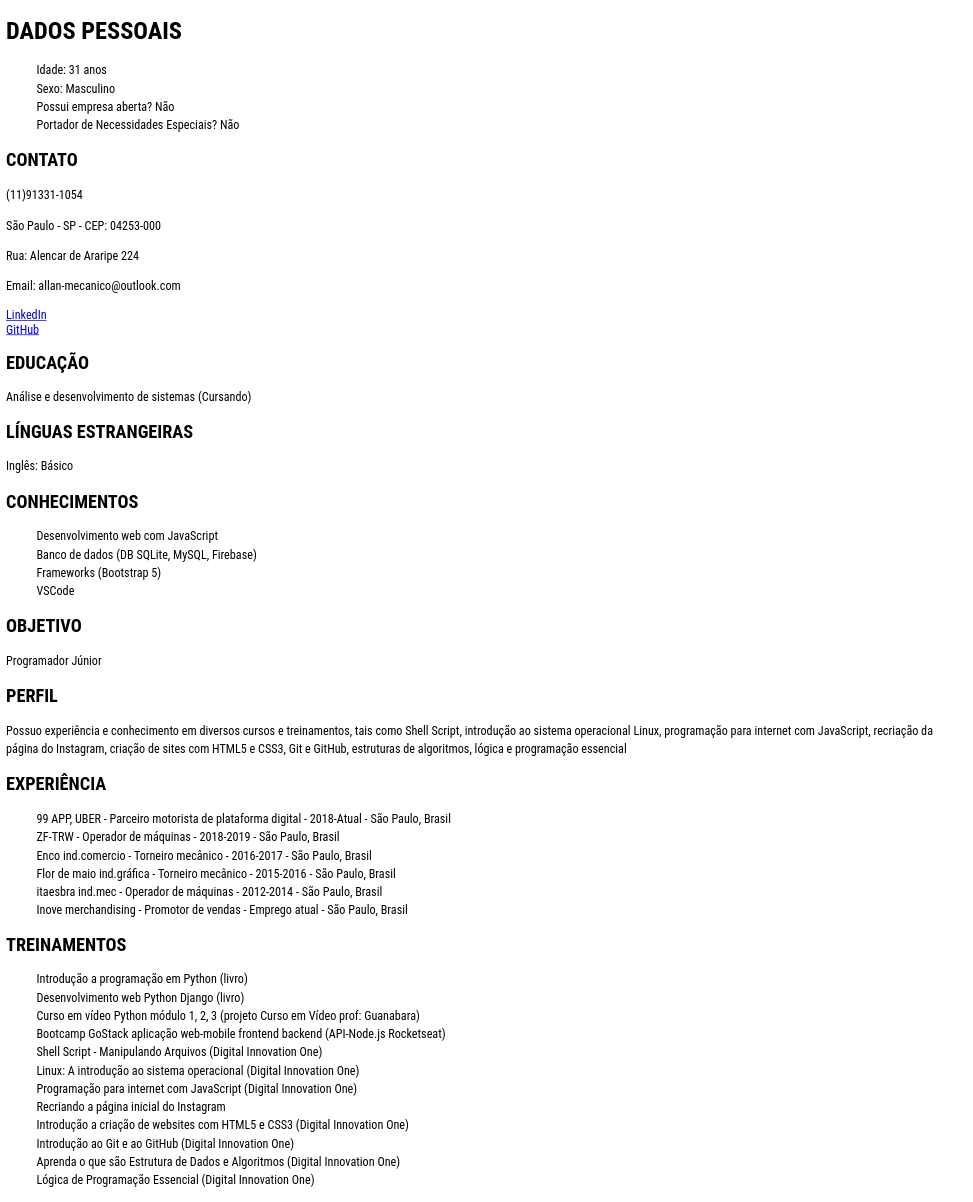
Repository: alfredo-allan/Portfolio
Page: curriculo.html
An editor plug-in stored every save of this project. The page is shown before and after a run of saves, followed by the edit.
The browser window is 1280 px wide. The pictures show the whole page, at 76% of full size.

Above is the page before, as saved 2024-03-20 15:04:56.

### curriculo.html
<!DOCTYPE html>
<html lang="pt-BR">

<head>
	<meta charset="UTF-8">
	<meta name="viewport" content="width=device-width, initial-scale=1.0">
	<link rel="stylesheet" href="./src/assets/styles/curriculo.css" />

	<title>Alfredo Allan Teixeira Sousa</title>
</head>

<body>

	<h1>DADOS PESSOAIS</h1>
	<ul>
		<li>Idade: 31 anos</li>
		<li>Sexo: Masculino</li>
		<li>Possui empresa aberta? Não</li>
		<li>Portador de Necessidades Especiais? Não</li>
	</ul>

	<h2>CONTATO</h2>
	<p>(11)91331-1054</p>
	<p>São Paulo - SP - CEP: 04253-000</p>
	<p>Rua: Alencar de Araripe 224</p>
	<p>Email: allan-mecanico@outlook.com</p>

	<a href="www.linkedin.com/in/alfredo-allan-teixeira-ba2701149/">LinkedIn</a>
	<br>
	<a href="https://github.com/allan-mecanico/">GitHub</a>

	<h2>EDUCAÇÃO</h2>
	<p>Análise e desenvolvimento de sistemas (Cursando)</p>

	<h2>LÍNGUAS ESTRANGEIRAS</h2>
	<p>Inglês: Básico</p>

	<h2>CONHECIMENTOS</h2>
	<ul>
		<li>Desenvolvimento web com JavaScript</li>
		<li>Banco de dados (DB SQLite, MySQL, Firebase)</li>
		<li>Frameworks (Bootstrap 5)</li>
		<li>VSCode</li>
	</ul>

	<h2>OBJETIVO</h2>
	<p>Programador Júnior</p>

	<h2>PERFIL</h2>
	<p>Possuo experiência e conhecimento em diversos cursos e treinamentos, tais como Shell Script, introdução ao sistema
		operacional Linux, programação para internet com JavaScript, recriação da página do Instagram, criação de sites com
		HTML5 e CSS3, Git e GitHub, estruturas de algoritmos, lógica e programação essencial</p>

	<h2>EXPERIÊNCIA</h2>
	<ul>
		<li>99 APP, UBER - Parceiro motorista de plataforma digital - 2018-Atual - São Paulo, Brasil</li>
		<li>ZF-TRW - Operador de máquinas - 2018-2019 - São Paulo, Brasil</li>
		<li>Enco ind.comercio - Torneiro mecânico - 2016-2017 - São Paulo, Brasil</li>
		<li>Flor de maio ind.gráfica - Torneiro mecânico - 2015-2016 - São Paulo, Brasil</li>
		<li>itaesbra ind.mec - Operador de máquinas - 2012-2014 - São Paulo, Brasil</li>
		<li>Inove merchandising - Promotor de vendas - Emprego atual - São Paulo, Brasil</li>
	</ul>

	<h2>TREINAMENTOS</h2>
	<ul>
		<li>Introdução a programação em Python (livro)</li>
		<li>Desenvolvimento web Python Django (livro)</li>
		<li>Curso em vídeo Python módulo 1, 2, 3 (projeto Curso em Vídeo prof: Guanabara)</li>
		<li>Bootcamp GoStack aplicação web-mobile frontend backend (API-Node.js Rocketseat)</li>
		<li>Shell Script - Manipulando Arquivos (Digital Innovation One)</li>
		<li>Linux: A introdução ao sistema operacional (Digital Innovation One)</li>
		<li>Programação para internet com JavaScript (Digital Innovation One)</li>
		<li>Recriando a página inicial do Instagram</li>
		<li>Introdução a criação de websites com HTML5 e CSS3 (Digital Innovation One)</li>
		<li>Introdução ao Git e ao GitHub (Digital Innovation One)</li>
		<li>Aprenda o que são Estrutura de Dados e Algoritmos (Digital Innovation One)</li>
		<li>Lógica de Programação Essencial (Digital Innovation One)</li>
	</ul>

</body>

</html>

### src/assets/styles/curriculo.css
:root {
	--roboto-condensed: "Roboto Condensed", sans-serif;

}

body {
	font-family: var(--roboto-condensed);
	li {
				list-style: none;
				line-height: 1.5;
	}
	p {
		list-style: none;
		line-height: 1.5;
	}
}

After the next 3 saves:
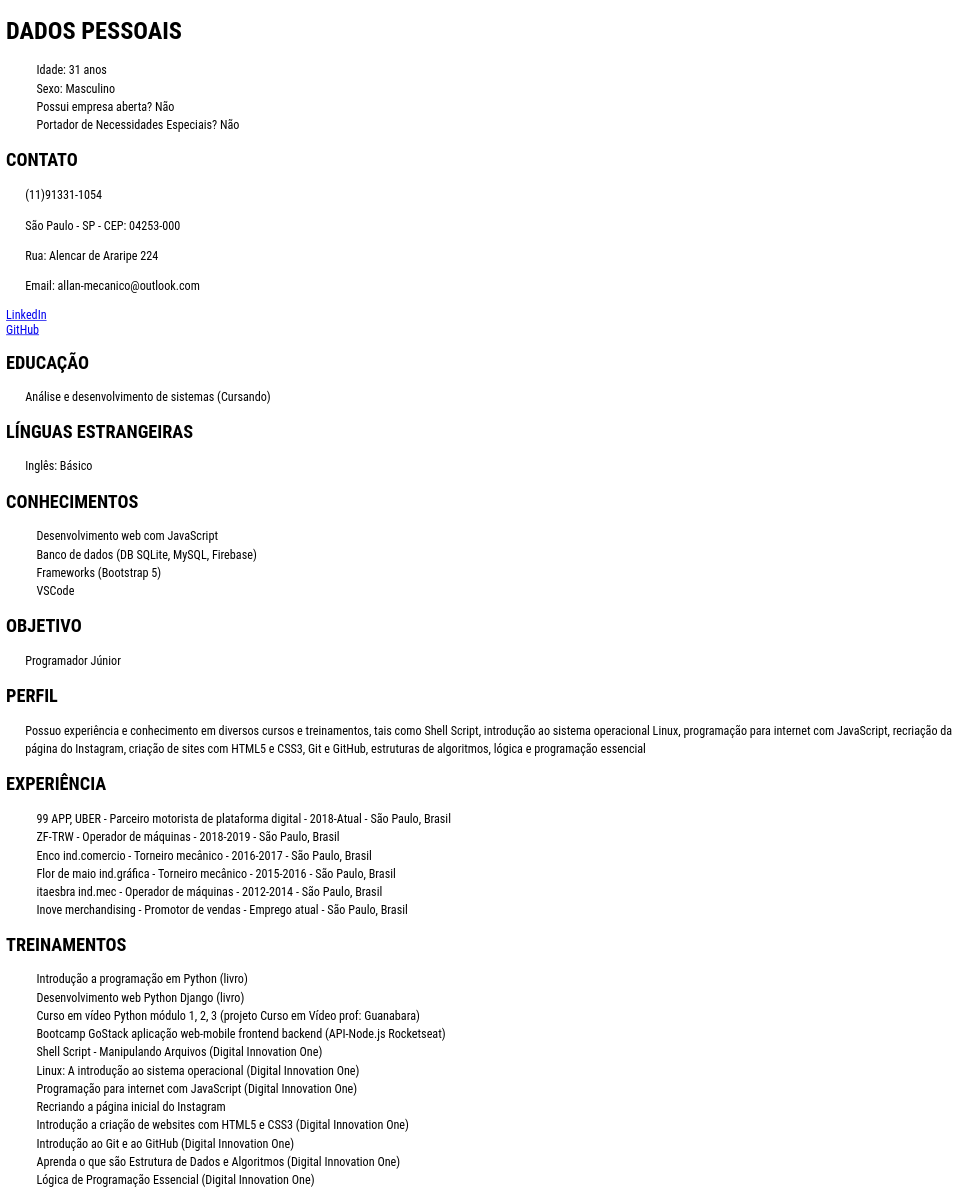
The 3 saves are shown as one change because they came seconds apart.
The last was saved 54 s later.
--- a/src/assets/styles/curriculo.css
+++ b/src/assets/styles/curriculo.css
@@ -12,5 +12,6 @@ body {
 	p {
 		list-style: none;
 		line-height: 1.5;
+		margin-left: 2%;
 	}
 }
